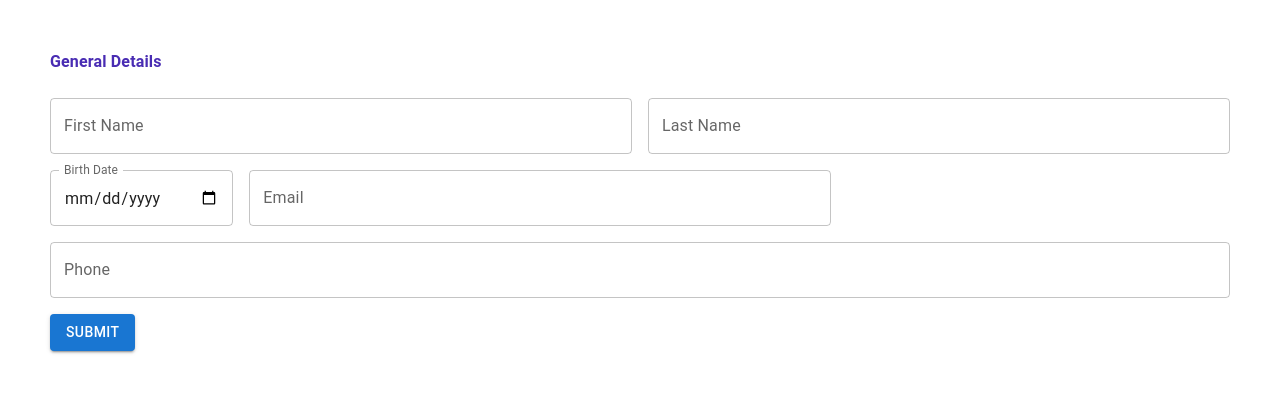
Repository: lenx0/front-client-manager
Page: /
An editor plug-in stored every save of this project. The page is shown before and after the next save, followed by the edit.
The browser window is 1280 px wide. The pictures show the whole page.
The project was rebuilt for these pictures with package versions that can differ from the ones it lists, and the page was loaded fresh each time. Also part of the build but not shown: vite.config.js, src/App.css.

Above is the page before, as saved 2024-06-25 11:32:08.

### index.html
<!doctype html>
<html lang="en">
  <head>
    <meta charset="UTF-8" />
    <meta name="viewport" content="width=device-width, initial-scale=1.0" />
    <title>Client Manager</title>
  </head>
  <body>
    <div id="root"></div>
    <script type="module" src="/src/main.jsx"></script>
  </body>
</html>

### src/App.jsx
import { Box } from '@mui/material'
import './App.css'
import UserForm from './components/UserForm'

function App() {

  return (
    <Box sx={{ padding: '50px' }}>
      <UserForm />
    </Box>
  )
}

export default App

### src/components/UserForm.jsx
import React from 'react';
import { useForm } from 'react-hook-form';
import CustomInput from './CustomInput';
import { Button, Grid, Typography } from '@mui/material';
import axios from 'axios';

const UserForm = () => {
  const { handleSubmit, control, reset } = useForm();

  const onSubmit = async (data) => {
    try {
      const response = await axios.post('http://localhost:3100/v1/users/create', data);
      console.log('Dados enviados com sucesso:', response.data);
      reset();
    } catch (error) {
      console.error('Erro ao enviar dados:', error);
    }
  };

  return (
    <Grid>
      <Typography fontWeight={700} pb={3} color="#492cb3">
        General Details
      </Typography>
    <form onSubmit={handleSubmit(onSubmit)}>
      <Grid container spacing={2}>
        <Grid item xs={6}>
          <CustomInput
            name="firstName"
            control={control}
            label="First Name"
            rules={{ required: 'First name is required' }}
          />
        </Grid>
        <Grid item xs={6}>
          <CustomInput
            name="lastName"
            control={control}
            label="Last Name"
            rules={{ required: 'Last name is required' }}
          />
        </Grid>
        <Grid item xs={2}>
          <CustomInput
            name="birthDate"
            control={control}
            label="Birth Date"
            placeHolder="none"
            type="date"
            rules={{ required: 'Birth date is required' }}
            defaultValue=""
          />
        </Grid>
        <Grid item xs={6}>
          <CustomInput
            name="email"
            control={control}
            label="Email"
            type="email"
            rules={{
              required: 'Email is required',
              pattern: {
                value: /^[a-zA-Z0-9_.+-]+@[a-zA-Z0-9-]+\.[a-zA-Z0-9-.]+$/,
                message: 'Enter a valid email address',
              },
            }}
          />
        </Grid>
        <Grid item xs={12}>
          <CustomInput
            name="phone"
            control={control}
            label="Phone"
            rules={{ required: 'Phone number is required' }}
          />
        </Grid>
        <Grid item xs={12}>
          <Button type="submit" variant="contained" color="primary">
            Submit
          </Button>
        </Grid>
      </Grid>
    </form>
    </Grid>
  );
};

export default UserForm;

### src/components/CustomInput.jsx
import React from 'react';
import { Controller } from 'react-hook-form';
import TextField from '@mui/material/TextField';

const CustomInput = ({ name, control, label, type = 'text', rules, defaultValue = '' }) => {
  return (
    <Controller
      name={name}
      control={control}
      defaultValue={defaultValue}
      rules={rules}
      render={({ field, fieldState: { error } }) => (
        <TextField
          {...field}
          label={label}
          type={type}
          error={!!error}
          helperText={error ? error.message : null}
          variant="outlined"
          InputLabelProps={type === 'date' ? { shrink: true } : {}}
          fullWidth
        />
      )}
    />
  );
};

export default CustomInput;

Loaded but not shown: src/main.jsx (common file); src/index.css (common file)

After the next save:
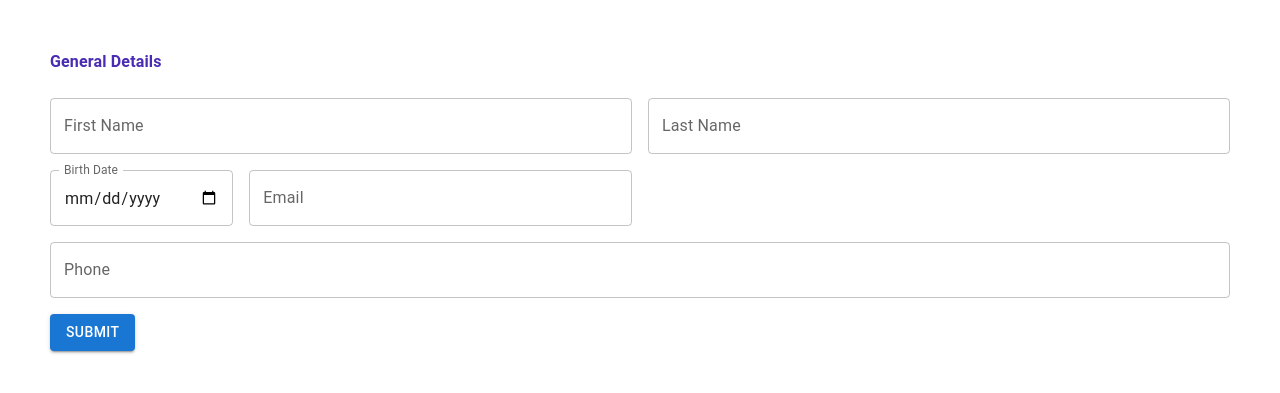
Saved 18 s later.
--- a/src/components/UserForm.jsx
+++ b/src/components/UserForm.jsx
@@ -51,7 +51,7 @@ const UserForm = () => {
             defaultValue=""
           />
         </Grid>
-        <Grid item xs={6}>
+        <Grid item xs={4}>
           <CustomInput
             name="email"
             control={control}
